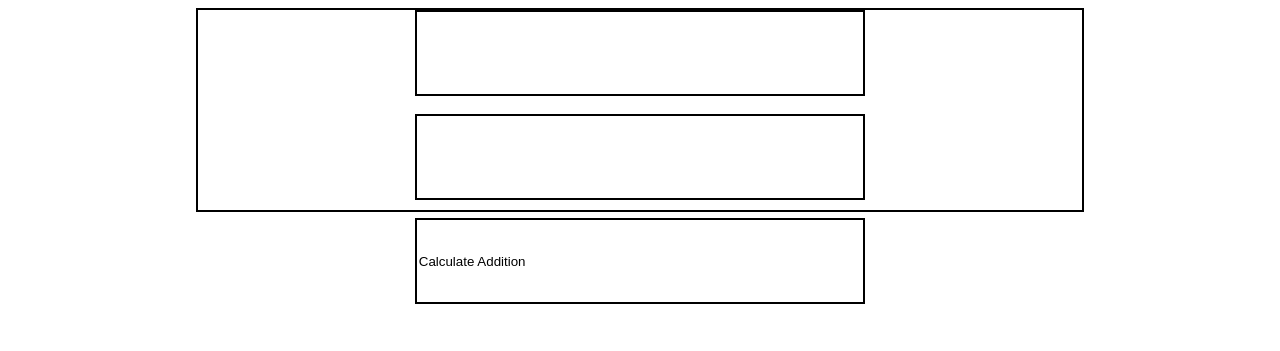
Repository: KiranNaikwadi/JSP
Page: http://localhost/Program/Add.jsp
The author's editor kept a copy of each file at every save. The page is drawn from the files as they stood at one save, then again after the next save.
The browser window is 1280 px wide. The pictures show the whole page.
The page is served by Tomcat 9.

Above is the page before, as saved 2024-04-06 04:47:37.

### Program/src/main/webapp/Add.jsp
<%@ page language="java" contentType="text/html; charset=UTF-8"
    pageEncoding="UTF-8"%>
<!DOCTYPE html>
<html>
<head>
<meta charset="UTF-8">
<title>Insert title here</title>
<style>
input{
height:80px;
width:50%;
border: 2px solid black;
}
form{
border:2px solid black;
height:200px;
width:70%;
}
</style>
</head>
<body>
<%!
int a,b,c;
%>
<center>
<form name='frm' action='' method='get'>
<input type='text' name='first' value=''><br><br>
<input type='text' name='second' value=''><br><br>
<input type='text' name='s' value='Calculate Addition'>
</center>
</form>
<%
String btn=request.getParameter("s");
if(btn!=null){
	a=Integer.parseInt(request.getParameter("first"));
	b=Integer.parseInt(request.getParameter("second"));
	c=a+b;
	out.println("<h1>Addition is +c </h1>");

}
%>
</body>
</html>

After the next save:
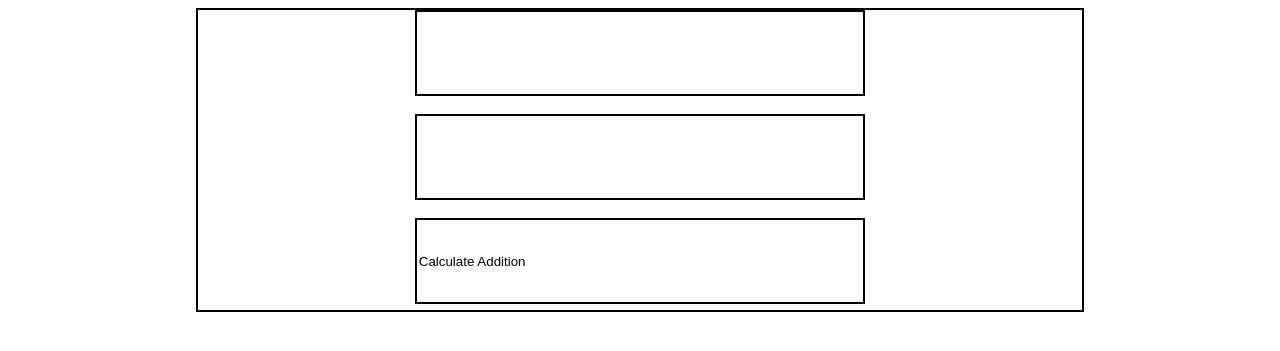
Saved 26 s later.
--- a/Program/src/main/webapp/Add.jsp
+++ b/Program/src/main/webapp/Add.jsp
@@ -13,7 +13,7 @@ border: 2px solid black;
 }
 form{
 border:2px solid black;
-height:200px;
+height:300px;
 width:70%;
 }
 </style>
